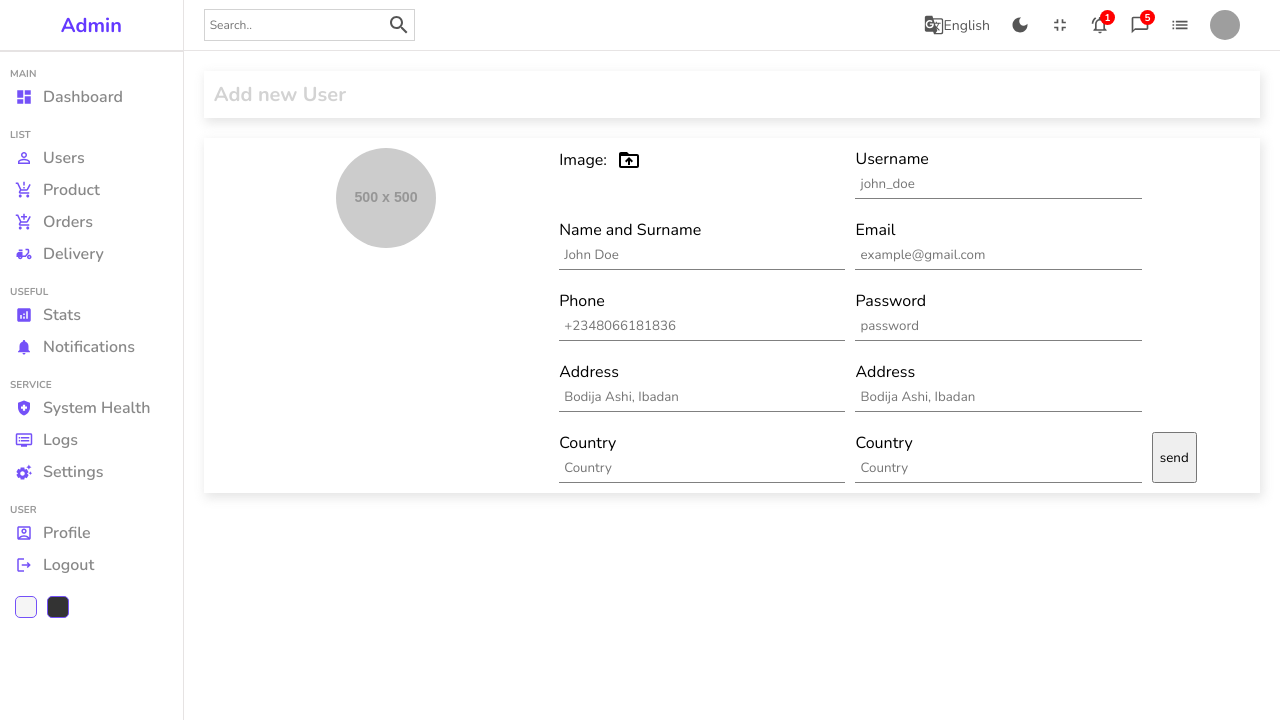
Repository: maescode/simple-react-admin-dashboard
Page: /users/new
The author's editor kept a copy of each file at every save. The page is drawn from the files as they stood at one save, then again after the next save.
The browser window is 1280 px wide. The pictures show the whole page.
Pictures or frames that could not be fetched are drawn as grey boxes. The project was rebuilt for these pictures with package versions that can differ from the ones it lists, and the page was loaded fresh each time. Also part of the build but not shown: src/App.css, src/pages/home/home.scss, src/pages/components/widget/widget.scss, src/pages/components/widget/Widget.jsx, src/pages/components/featured/featured.scss, src/pages/components/featured/Featured.jsx, src/pages/components/chart/chart.scss, src/pages/components/chart/Chart.jsx and 11 more.

Above is the page before, as saved 2022-08-10 06:10:43.

After the next save:
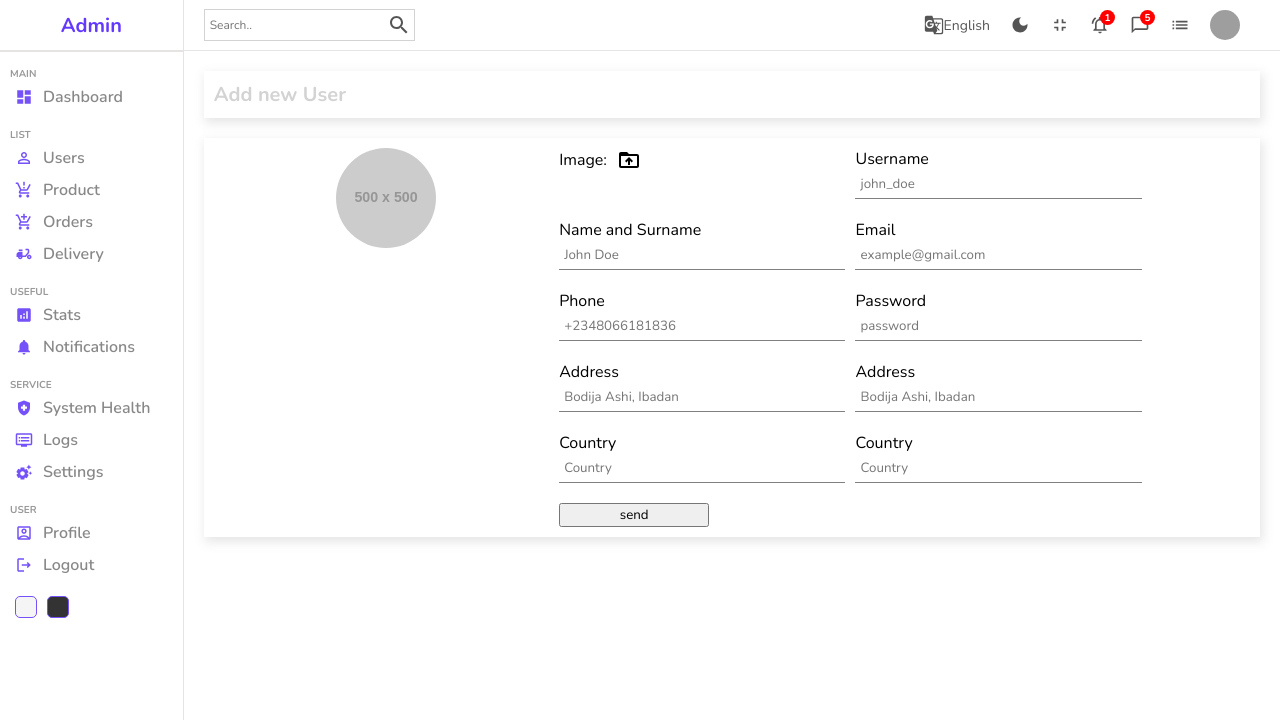
Saved 17 s later.
--- a/src/pages/new/new.scss
+++ b/src/pages/new/new.scss
@@ -57,7 +57,7 @@
           }
         }
 
-        bottom {
+        button {
           width: 150px;
         }
       }
